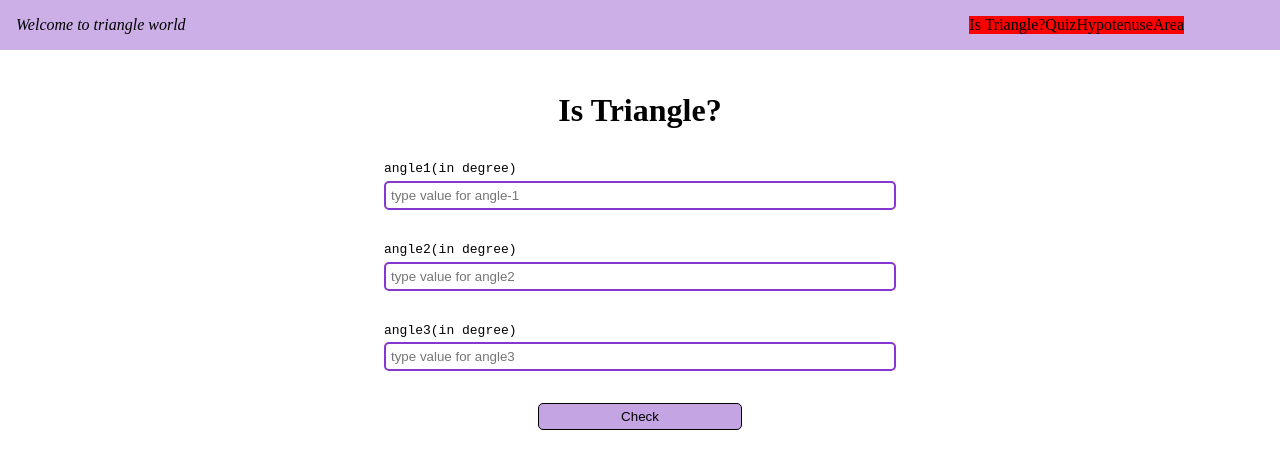
Repository: patelamancode/Fun-with-trianles
Page: index.html
These files come from the project's save history. The page is drawn as it stood at one moment and after the next save; the edit follows.
The browser window is 1280 px wide. The pictures show the whole page.

Above is the page before, as saved 2022-11-28 15:56:18.

After the next save:
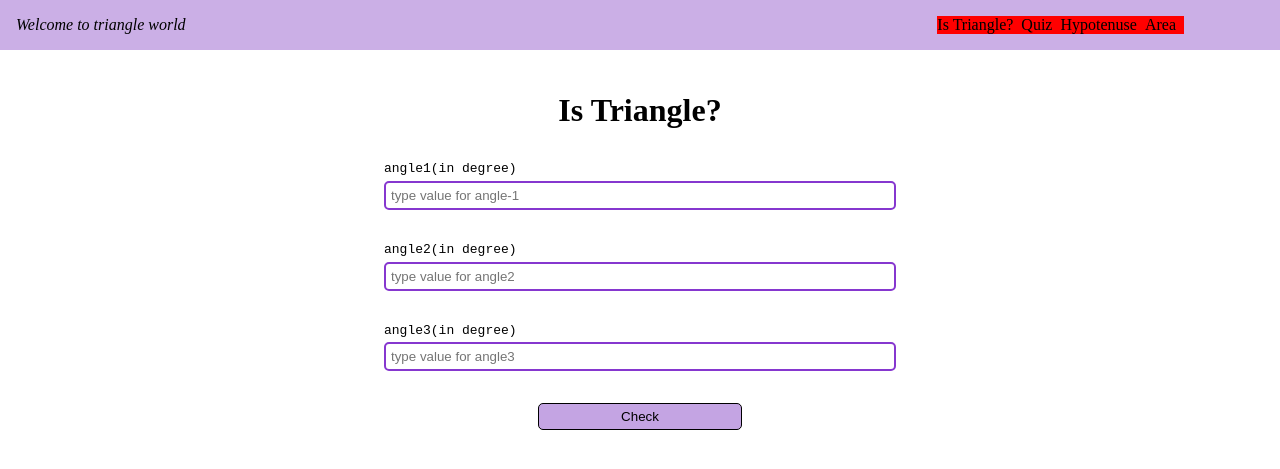
Saved 119 s later.
--- a/index.css
+++ b/index.css
@@ -10,17 +10,22 @@
   justify-content: space-between;
   padding: 1rem;
 }
-#nav-title{
-    font-style: italic;
-    font-weight: 300;
-    font-size: medium;
+#nav-title {
+  font-style: italic;
+  font-weight: 300;
+  font-size: medium;
 }
-#nav-links{
-    background-color: red;
+#nav-links {
+  background-color: red;
+  display: flex;
+  flex-direction: row;
+  justify-content: space-around;
+  margin-right: 5rem;
+}
+
+#nav-links p {
     display: flex;
-    flex-direction: row;
-    justify-content: space-around 5px;
-    margin-right: 5rem;
+    margin-right: 0.5rem;
 }
 
 #main-container {
